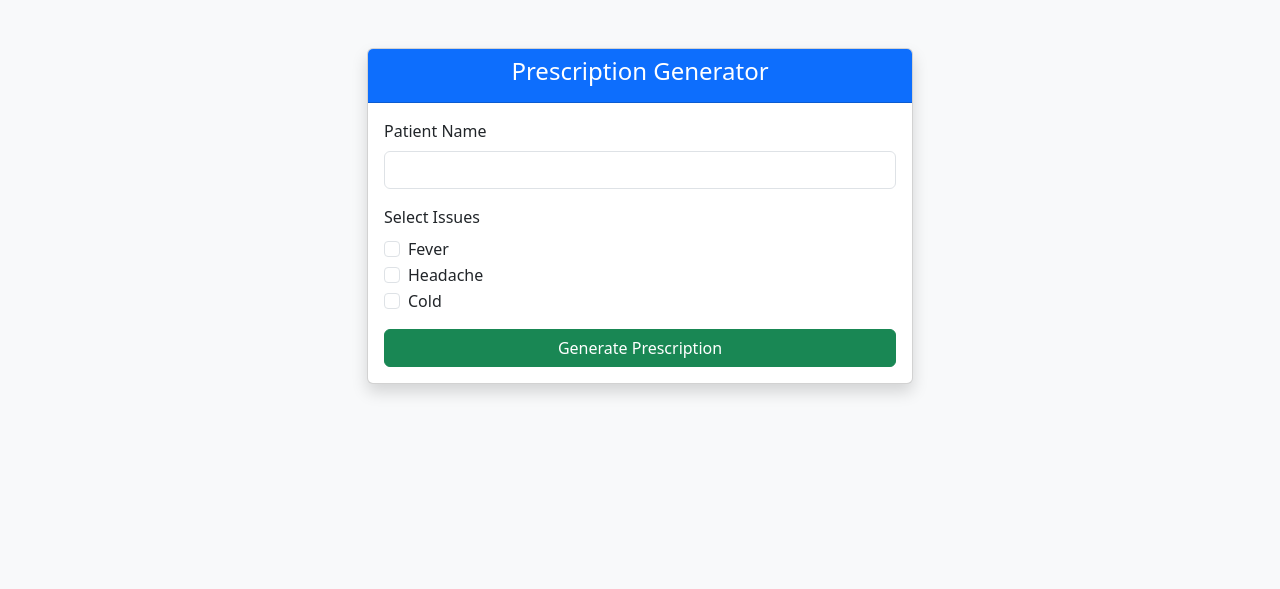
Repository: Rajasekaran0415/LifeCare-Management-System
Page: Project/prescription.html
The author's editor kept a copy of each file at every save. The page is drawn from the files as they stood at one save, then again after a run of saves.
The browser window is 1280 px wide. The pictures show the whole page.

Above is the page before, as saved 2026-01-20 20:28:37.
Console error: TypeError: Cannot read properties of null (reading 'addEventListener')

After the next 2 saves:
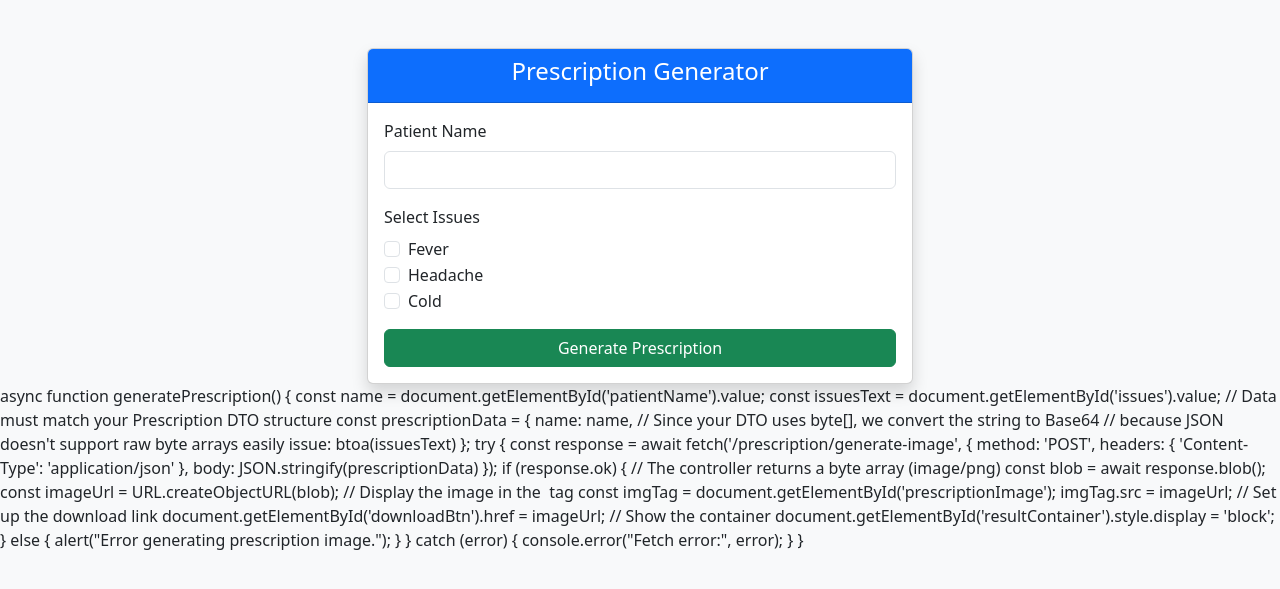
The error is gone.
The 2 saves are shown as one change because they came seconds apart.
The last was saved 109 s later.
--- a/Project/prescription.html
+++ b/Project/prescription.html
@@ -59,55 +59,49 @@
         </div>
     </div>
 </div>
-<script>
-document.getElementById("issueForm").addEventListener("submit", function(e) {
-    e.preventDefault();
+async function generatePrescription() {
+    const name = document.getElementById('patientName').value;
+    const issuesText = document.getElementById('issues').value;
 
-    let issues = [];
-    if (document.getElementById("fever").checked) issues.push("Fever");
-    if (document.getElementById("headache").checked) issues.push("Headache");
-    if (document.getElementById("cold").checked) issues.push("Cold");
-
-    const data = {
-        name: document.getElementById("name").value.trim(),
-        issues: issues
+    // Data must match your Prescription DTO structure
+    const prescriptionData = {
+        name: name,
+        // Since your DTO uses byte[], we convert the string to Base64
+        // because JSON doesn't support raw byte arrays easily
+        issue: btoa(issuesText)
     };
 
+    try {
+        const response = await fetch('/prescription/generate-image', {
+            method: 'POST',
+            headers: {
+                'Content-Type': 'application/json'
+            },
+            body: JSON.stringify(prescriptionData)
+        });
 
-    const API_URL = "http://localhost:8080/prescriptions";
+        if (response.ok) {
+            // The controller returns a byte array (image/png)
+            const blob = await response.blob();
+            const imageUrl = URL.createObjectURL(blob);
 
-    fetch(API_URL, {
-        method: "POST",
-        headers: {
-            "Content-Type": "application/json"
-        },
-        body: JSON.stringify(data)
-    })
-    .then(response => {
-        if (!response.ok) {
-            throw new Error("Failed to generate prescription image. Status: " + response.status);
+            // Display the image in the <img> tag
+            const imgTag = document.getElementById('prescriptionImage');
+            imgTag.src = imageUrl;
+
+            // Set up the download link
+            document.getElementById('downloadBtn').href = imageUrl;
+
+            // Show the container
+            document.getElementById('resultContainer').style.display = 'block';
+        } else {
+            alert("Error generating prescription image.");
         }
+    } catch (error) {
+        console.error("Fetch error:", error);
+    }
+}
 
-        return response.blob();
-    })
-    .then(blob => {
-
-        const imageUrl = URL.createObjectURL(blob);
-
-
-        const imgTag = document.getElementById("prescriptionImg");
-        imgTag.src = imageUrl;
-        imgTag.classList.remove("d-none");
-
-
-        imgTag.onload = () => URL.revokeObjectURL(imageUrl);
-    })
-    .catch(error => {
-        console.error("Error:", error);
-        alert("System Error: Could not generate prescription.");
-    });
-});
-</script>
 
 </body>
 </html>
